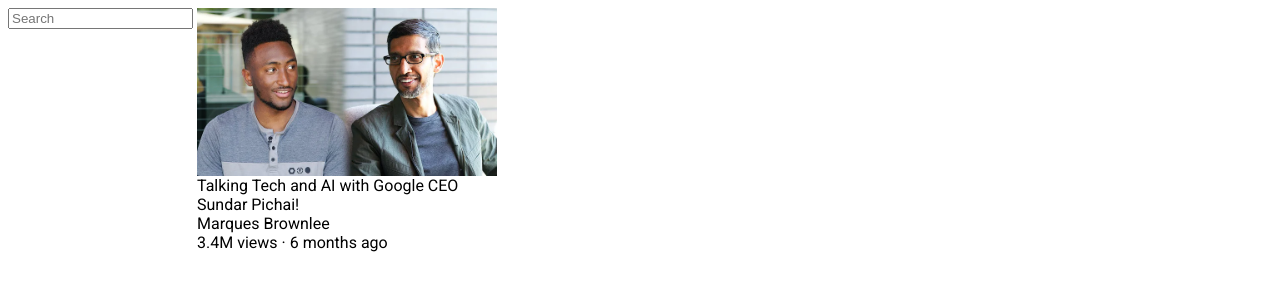
Repository: knowledgeAlan/html-css-ten
Page: youtube.html
These files come from the project's save history. The page is drawn as it stood at one moment and after the next save; the edit follows.
The browser window is 1280 px wide. The pictures show the whole page.

Above is the page before, as saved 2024-03-06 18:30:44.

After the next save:
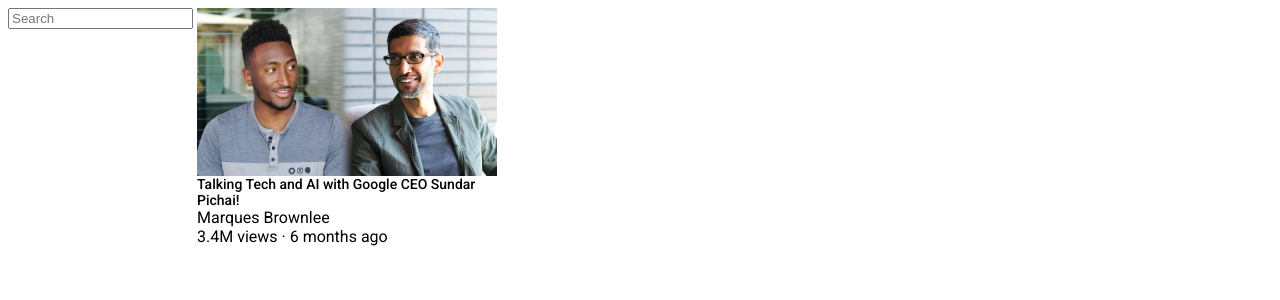
Saved 44 s later.
--- a/youtube.html
+++ b/youtube.html
@@ -24,6 +24,9 @@
         }
 
         .video-title {
+            margin-top: 0;
+            font-size: 14px;
+            font-weight: 500;
 
         }
 
